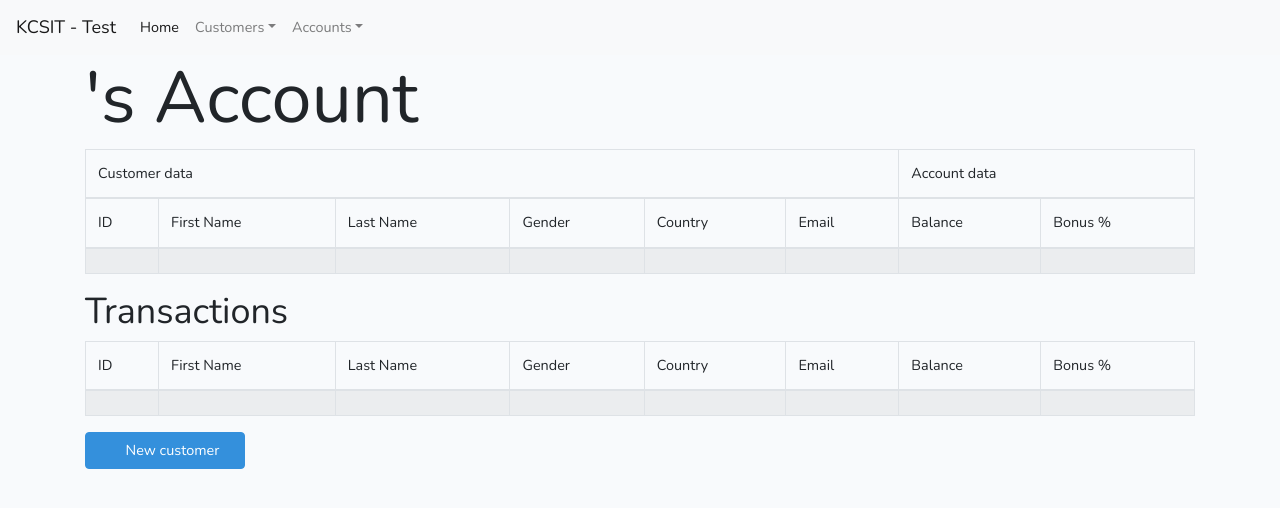
Repository: GilmarBrito/kcsit
Page: resources/views/accounts/index.blade.php
These files come from the project's save history. The page is drawn as it stood at one moment and after the next save; the edit follows.
The browser window is 1280 px wide. The pictures show the whole page.
The page is served by the project's Laravel application, run on PHP 8.4 with Laravel 8. Other server files are loaded and not shown. Style sheets and scripts are compiled from the project's sources, by tool versions that may differ from the author's. The template is opened directly, without the code that normally fills it, so the values that code supplies are empty.

Above is the page before, as saved 2020-03-09 02:53:29.
Console error: ReferenceError: $ is not defined

### routes/web.php
<?php

use Illuminate\Support\Facades\Route;

/*
|--------------------------------------------------------------------------
| Web Routes
|--------------------------------------------------------------------------
|
| Here is where you can register web routes for your application. These
| routes are loaded by the RouteServiceProvider within a group which
| contains the "web" middleware group. Now create something great!
|
*/

Route::get('/', function () {
    return view('welcome');
});

Route::resource('customers', 'CustomerController');

Route::get('/customers/{id}/accounts',[
    'as' => 'accounts.show',
    'uses' => 'AccountController@show'
]);

### resources/views/accounts/index.blade.php
@extends('base')

@section('main')
<div class="row">
    <div class="col-sm-12">
        <h1 class="display-3">{{$customer->first_name}} {{$customer->last_name}}'s Account</h1>
    </div>

    <div class="col-sm-12">
        <table class="table table-striped table-bordered">
            <thead>
                <tr>
                    <td colspan="6">Customer data</td>
                    <td colspan="2">Account data</td>
                </tr>
                <tr>
                    <td>ID</td>
                    <td>First Name</td>
                    <td>Last Name</td>
                    <td>Gender</td>
                    <td>Country</td>
                    <td>Email</td>
                    <td>Balance</td>
                    <td>Bonus %</td>
                </tr>
            </thead>
            <tbody>

                <tr>
                    <td>{{$customer->id}}</td>
                    <td>{{$customer->first_name}}</td>
                    <td>{{$customer->last_name}}</td>
                    <td>{{$customer->gender}}</td>
                    <td>{{$customer->country}}</td>
                    <td>{{$customer->email}}</td>
                    <td>{{$account->current_balance}}</td>
                    <td>{{$account->bonus}}</td>
                </tr>

            </tbody>
        </table>
    </div>
    <div class="col-sm-12">
        <h1>Transactions</h1>
        <table class="table table-striped table-bordered">
            <thead>
                <tr>
                    <td>ID</td>
                    <td>First Name</td>
                    <td>Last Name</td>
                    <td>Gender</td>
                    <td>Country</td>
                    <td>Email</td>
                    <td>Balance</td>
                    <td>Bonus %</td>
                </tr>
            </thead>
            <tbody>

                <tr>
                    <td>{{$customer->id}}</td>
                    <td>{{$customer->first_name}}</td>
                    <td>{{$customer->last_name}}</td>
                    <td>{{$customer->gender}}</td>
                    <td>{{$customer->country}}</td>
                    <td>{{$customer->email}}</td>
                    <td>{{$account->current_balance}}</td>
                    <td>{{$account->bonus}}</td>
                </tr>

            </tbody>
        </table>
    </div>
    <div class="col-sm-2">
        <a href="{{route('customers.create')}}" class="btn btn-primary btn-block">
            <i class="fas fa-user-plus"></i> New customer
        </a>
    </div>
</div>
@endsection

### resources/views/base.blade.php
<!DOCTYPE html>
<html lang="en">
<head>
    <meta name="viewport" content="width=device-width, initial-scale=1.0">
    <title>KCSIT - Clever Full Stack Developer Test Task</title>
    <!-- Styles -->
    <link href="{{ asset('css/app.css') }}" rel="stylesheet">
</head>
<body>
    <nav class="navbar navbar-expand-lg navbar-light bg-light">
        <a class="navbar-brand" href="#">{{ config('app.name') }}</a>
        <button class="navbar-toggler" type="button" data-toggle="collapse" data-target="#navbarSupportedContent" aria-controls="navbarSupportedContent" aria-expanded="false" aria-label="Toggle navigation">
            <span class="navbar-toggler-icon"></span>
        </button>

        <div class="collapse navbar-collapse" id="navbarSupportedContent">
            <ul class="navbar-nav mr-auto">
                <li class="nav-item active">
                    <a class="nav-link" href="#">Home <span class="sr-only">(current)</span></a>
                </li>
                <li class="nav-item dropdown">
                    <a class="nav-link dropdown-toggle" href="#" id="navbarDropdown" role="button" data-toggle="dropdown" aria-haspopup="true" aria-expanded="false">Customers</a>
                    <div class="dropdown-menu" aria-labelledby="navbarDropdown">
                        <a class="dropdown-item" href="{{ route('customers.index') }}">List</a>
                        <a class="dropdown-item" href="{{ route('customers.create')}}">New</a>
                    </div>
                </li>
                <li class="nav-item dropdown">
                    <a class="nav-link dropdown-toggle" href="#" id="navbarDropdown" role="button" data-toggle="dropdown" aria-haspopup="true" aria-expanded="false">Accounts</a>
                    <div class="dropdown-menu" aria-labelledby="navbarDropdown">
                        <a class="dropdown-item" href="#">List</a>
                        <a class="dropdown-item" href="#">Deposit</a>
                        <a class="dropdown-item" href="#">Withdraw</a>
                    </div>
                </li>
            </ul>
        </div>
    </nav>
    @include('flash-message')
    <div class="container">
        @yield('main')
    </div>
    <!-- Scripts -->
    <script src="{{ asset('js/app.js') }}"></script>

    <script>
        $(document).ready(function () {
            if ($('.alert')){
                $('.alert').fadeTo(4000, 500).slideUp(500, function(){
                    $(".alert-dismissible").alert('close');
                });
            }
        });
    </script>

</body>
</html>

### resources/views/flash-message.blade.php
@if ($message = Session::get('success'))
<div class="alert alert-success alert-dismissible fade show">
	<button type="button" class="close" data-dismiss="alert">×</button>
        <strong>{{ $message }}</strong>
</div>
@endif


@if ($message = Session::get('error'))
<div class="alert alert-danger alert-dismissible fade show">
	<button type="button" class="close" data-dismiss="alert">×</button>
        <strong>{{ $message }}</strong>
</div>
@endif


@if ($message = Session::get('warning'))
<div class="alert alert-warning alert-dismissible fade show">
	<button type="button" class="close" data-dismiss="alert">×</button>
	<strong>{{ $message }}</strong>
</div>
@endif


@if ($message = Session::get('info'))
<div class="alert alert-info alert-dismissible fade show">
	<button type="button" class="close" data-dismiss="alert">×</button>
	<strong>{{ $message }}</strong>
</div>
@endif


@if ($errors->any())
<div class="alert alert-danger alert-dismissible fade show">
	<button type="button" class="close" data-dismiss="alert">×</button>
	Please check the form below for errors
</div>
@endif

### resources/sass/app.scss
// Fonts
@import url('https://fonts.googleapis.com/css?family=Nunito');

// Variables
@import 'variables';

// Bootstrap
@import '~bootstrap/scss/bootstrap';
// @import 'node_modules/@fortawesome/fontawesome-free/scss/fontawesome.scss';
@import '~@fortawesome/fontawesome-free/scss/fontawesome';
@import '~@fortawesome/fontawesome-free/scss/regular';
@import '~@fortawesome/fontawesome-free/scss/solid';
@import '~@fortawesome/fontawesome-free/scss/brands';

Loaded but not shown: resources/sass/_variables.scss (common file)

After the next save:
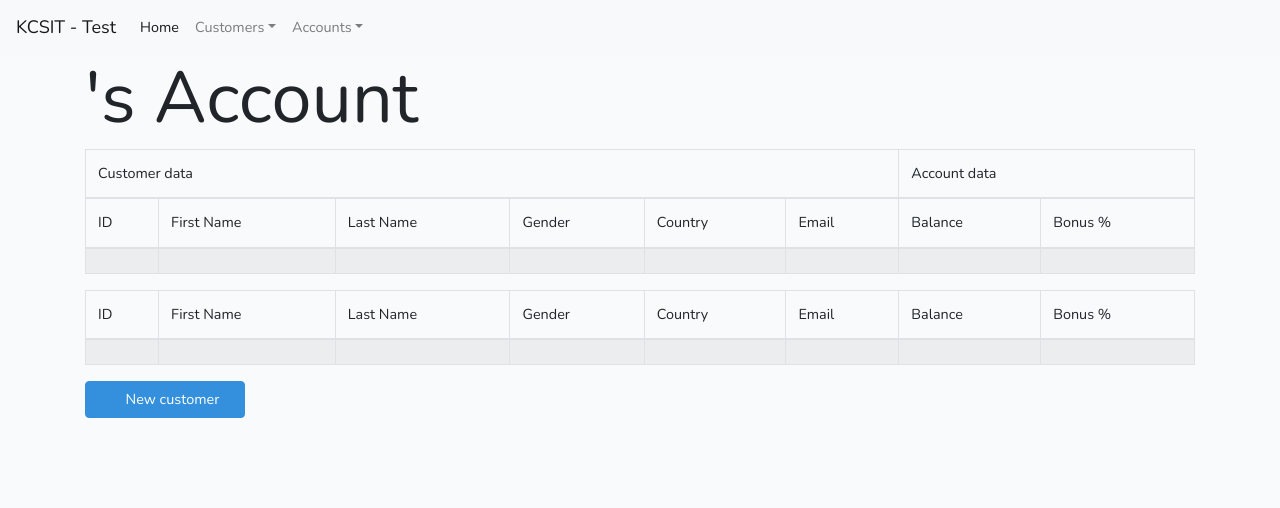
Saved 25 s later.
--- a/resources/views/accounts/index.blade.php
+++ b/resources/views/accounts/index.blade.php
@@ -41,7 +41,6 @@
         </table>
     </div>
     <div class="col-sm-12">
-        <h1>Transactions</h1>
         <table class="table table-striped table-bordered">
             <thead>
                 <tr>
